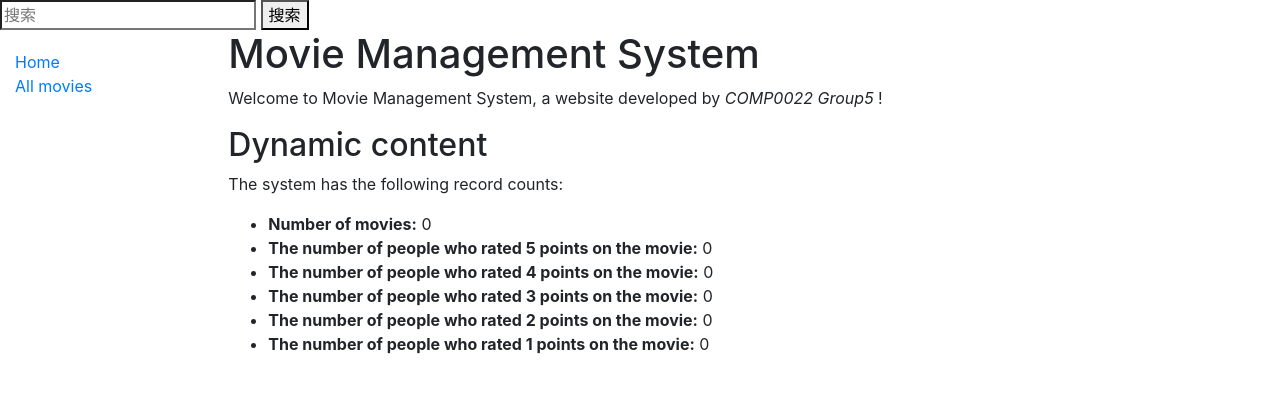
Repository: yifanzhang13/MovieManagementSystem_group5
Page: http://localhost/library/
An editor plug-in stored every save of this project. The page is shown before and after the next save, followed by the edit.
The browser window is 1280 px wide. The pictures show the whole page.
The page is served by the project's application, run on Django 3.2 (manage.py). Other server files are loaded and not shown. Queries for data that is not in the repository find no rows.

Above is the page before, as saved 2021-03-24 16:28:17.

### moviesys/moviesys/library/templates/index.html
{% extends "base_generic.html" %}

{% block content %}
  <h1>Movie Management System</h1>
  <p>Welcome to Movie Management System, a website developed by <em>COMP0022 Group5 </em>!</p>
  <h2>Dynamic content</h2>
  <p>The system has the following record counts:</p>
  <ul>
    <li><strong>Number of movies:</strong> {{ num_movies }}</li>
    <li><strong>The number of people who rated 5 points on the movie:</strong> {{ rating_5 }}</li>
    <li><strong>The number of people who rated 4 points on the movie:</strong> {{ rating_4 }}</li>
    <li><strong>The number of people who rated 3 points on the movie:</strong> {{ rating_3 }}</li>
    <li><strong>The number of people who rated 2 points on the movie:</strong> {{ rating_2 }}</li>
    <li><strong>The number of people who rated 1 points on the movie:</strong> {{ rating_1 }}</li>
  </ul>
{% endblock %}

### moviesys/moviesys/library/templates/base_generic.html
<!DOCTYPE html>
<html lang="en">
<head>
  {% block title %}<title>Movie Management System</title>{% endblock %}
  <meta charset="utf-8">
  <meta name="viewport" content="width=device-width, initial-scale=1">
  <link rel="stylesheet" href="https://cdn.jsdelivr.net/npm/bootstrap@4.5.3/dist/css/bootstrap.min.css" integrity="sha384-TX8t27EcRE3e/ihU7zmQxVncDAy5uIKz4rEkgIXeMed4M0jlfIDPvg6uqKI2xXr2" crossorigin="anonymous">
  <!-- Add additional CSS in static file -->
  {% load static %}
  <link rel="stylesheet" href="{% static 'css/styles.css' %}">
</head>
<body>
  <form method="get" action="/search/">
    {% csrf_token %}
    <input type="search" placeholder="搜索" required>
    <button type="submit">搜索</button>
  </form>

  <div class="container-fluid">
    <div class="row">
      <div class="col-sm-2">
      {% block sidebar %}
        <ul class="sidebar-nav">
          <li><a href="{% url 'index' %}">Home</a></li>
          <li><a href="{% url 'movies' %}">All movies</a></li>
        </ul>
     {% endblock %}
      </div>
      <div class="col-sm-10 ">{% block content %}{% endblock %}</div>
    </div>
  </div>
</body>
</html>

### moviesys/moviesys/library/views.py
from django.shortcuts import render
from .models import Movies, Users, Ratings, Links, Tags
from django.db import connection
from django.views import generic
from django.shortcuts import get_object_or_404
from django.http import HttpResponseRedirect
from django.urls import reverse
from catalog.forms import SearchMovieForm
# Create your views here.

def index(request):
    cursor = connection.cursor()
    try:
        num_movies = cursor.execute('SELECT * FROM library_movies')
        rating_5 = cursor.execute('SELECT * FROM library_ratings WHERE RatingScore = 5')
        rating_4 = cursor.execute('SELECT * FROM library_ratings WHERE RatingScore = 4')
        rating_3 = cursor.execute('SELECT * FROM library_ratings WHERE RatingScore = 3')
        rating_2 = cursor.execute('SELECT * FROM library_ratings WHERE RatingScore = 2')
        rating_1 = cursor.execute('SELECT * FROM library_ratings WHERE RatingScore = 1')
    finally:
        cursor.close()

    context = {
        'num_movies':num_movies,
        'rating_5':rating_5,
        'rating_4':rating_4,
        'rating_3':rating_3,
        'rating_2':rating_2,
        'rating_1':rating_1,
    }

    return render(request, 'index.html', context=context)

def MoviesView(request):
    cursor = connection.cursor()
    try:
        movies = cursor.execute('SELECT * FROM library_movies')
        results = cursor.fetchall()
    finally:
        cursor.close()
    all = []
    for row in results:
        dic = {
            'MovieID':row[0],
            'MovieTitle':row[1],
            'MovieGenres':row[2],
        }
        all.append(dic)
    context = {
        'movies':all,
    }
    return render(request, 'Movies.html', context=context)

class MovieDetailView(generic.DetailView):
    model = Movies

def MovieDetail(request, pk):
    form = SearchMovieForm(request.POST)



class MoviesListView(generic.ListView):
    # The generic view will query the database to get all records for the specified model
    # (Movies) then render a template located
    # at /locallibrary/catalog/templates/catalog/Movies_list.html (which we will create below).
    # Within the template you can access the list of books with the
    # template variable named object_list OR book_list (i.e. generically "the_model_name_list").
    model = Movies

### moviesys/moviesys/moviesystem/urls.py
"""moviesystem URL Configuration

The `urlpatterns` list routes URLs to views. For more information please see:
    https://docs.djangoproject.com/en/3.1/topics/http/urls/
Examples:
Function views
    1. Add an import:  from my_app import views
    2. Add a URL to urlpatterns:  path('', views.home, name='home')
Class-based views
    1. Add an import:  from other_app.views import Home
    2. Add a URL to urlpatterns:  path('', Home.as_view(), name='home')
Including another URLconf
    1. Import the include() function: from django.urls import include, path
    2. Add a URL to urlpatterns:  path('blog/', include('blog.urls'))
"""
from django.contrib import admin
from django.urls import path
from django.urls import include

urlpatterns = [
    path('admin/', admin.site.urls),
    path('library/', include('library.urls')),
]

### moviesys/moviesys/library/urls.py
from django.urls import path
from . import views

urlpatterns = [
    path('', views.index, name='index'),
    path('movies/', views.MoviesView, name='movies'),
    path('movies/<int:pk>', views.MovieDetailView.as_view(), name='movie-detail')
]

Loaded but not shown: moviesys/moviesys/library/static/css/styles.css (common file)

After the next save:
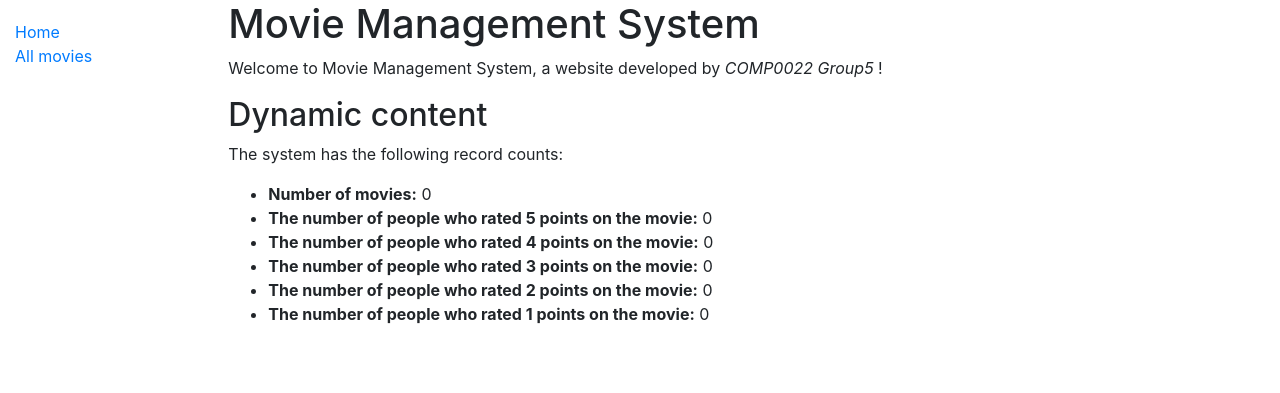
Saved 49 min 16 s later.
--- a/moviesys/moviesys/library/templates/base_generic.html
+++ b/moviesys/moviesys/library/templates/base_generic.html
@@ -10,12 +10,6 @@
   <link rel="stylesheet" href="{% static 'css/styles.css' %}">
 </head>
 <body>
-  <form method="get" action="/search/">
-    {% csrf_token %}
-    <input type="search" placeholder="搜索" required>
-    <button type="submit">搜索</button>
-  </form>
-
   <div class="container-fluid">
     <div class="row">
       <div class="col-sm-2">
